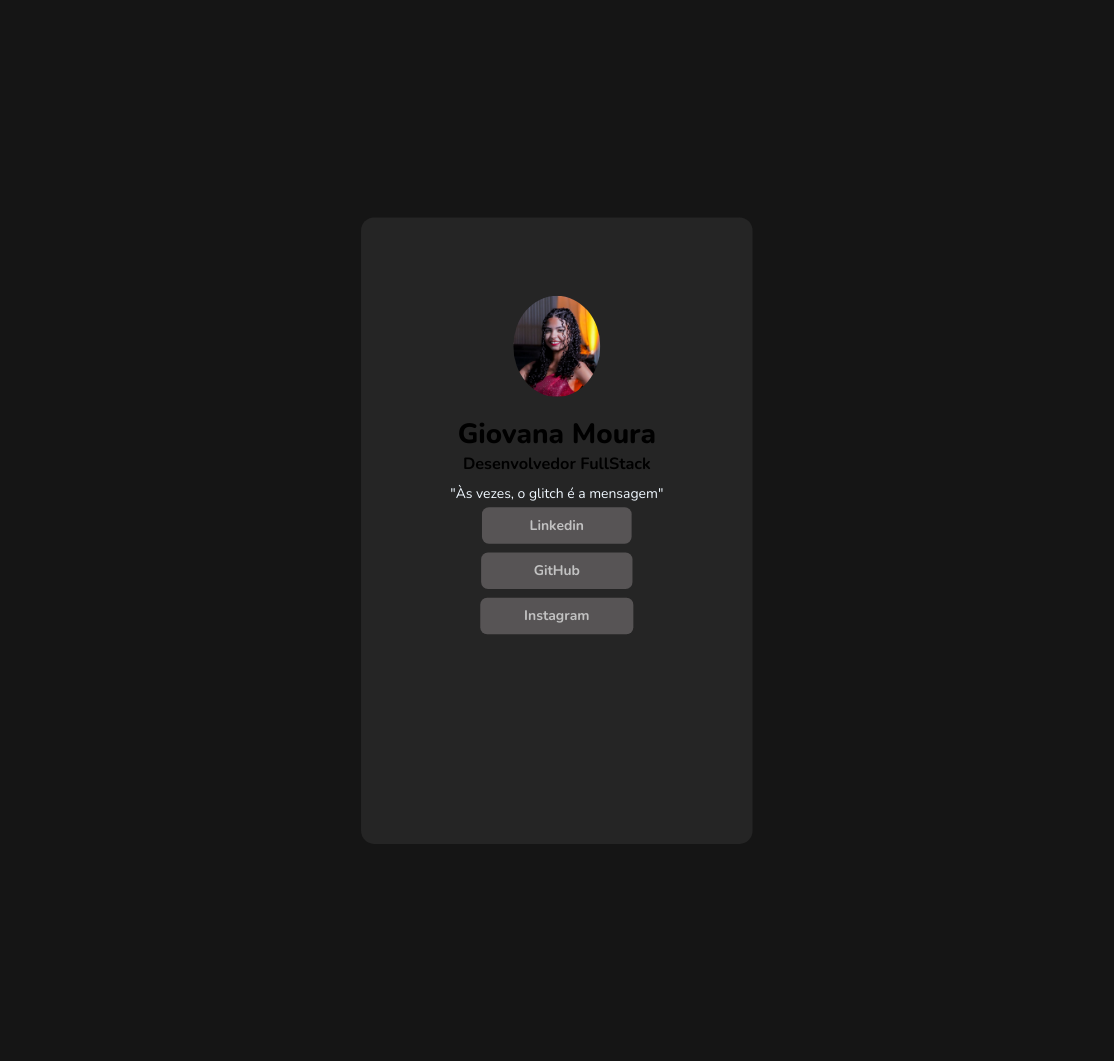
Repository: gimoli/linktree-giovana
Page: index.html
These files come from the project's save history. The page is drawn as it stood at one moment and after a run of saves; the edit follows.
The browser window is 1280 px wide. The pictures show the whole page, at 87% of full size.

Above is the page before, as saved 2025-04-11 08:59:18.

### index.html
<!DOCTYPE html>
<html lang="en">
<head>
    <meta charset="UTF-8">
    <meta name="viewport" content="width=device-width, initial-scale=1.0">
    <title>linktree Giovana</title>
    <link rel="stylesheet" href="style.css">
    <link rel="preconnect" href="https://fonts.googleapis.com">
<link rel="preconnect" href="https://fonts.gstatic.com" crossorigin>
<link href="https://fonts.googleapis.com/css2?family=Nunito:ital,wght@0,200..1000;1,200..1000&display=swap" rel="stylesheet">
</head>
<body>
    <div class="container-main">
        <div class="container-imagem">
            <img src="./image-profile.jfif" alt="foto perfil"/>
        </div>
        <div class="container-infos">
            <h1>Giovana Moura</h1>
            <h3>Desenvolvedor FullStack</h3>
        </div>
        <div class="container-easter-egg">
            <p>"Às vezes, o glitch é a mensagem"</p>
        </div>
        <div class="container-social-links">
            <ul>
                <li>
                    <a href="https://www.linkedin.com/in/giovana-moura-3543032bb/" target="_blank" class="botao-linktree-1">
                        Linkedin
                    </a>
                </li>
                <li>
                    <a href="https://github.com/gimoli" target="_blank" class="botao-linktree-2">
                        GitHub
                    </a>
                </li>
                <li>
                    <a href="https://www.instagram.com/gimoli_n?igsh=cTNvNDJ0M3owb3Vs&utm_source=qr" target="_blank" class="botao-linktree-3">
                        Instagram
                    </a>
                </li>
            </ul>
        </div>
    </div>
</body>
</html>

### style.css
*{
    font-family: "Nunito", sans-serif;
    margin: 0;
    padding: 0;
    box-sizing: border-box;
}

body {
    background-color: rgb(21, 21, 21);
}

.container-main {
    background-color: rgb(37, 37, 37);
    width: 450px;
    height: 720px;
    box-sizing: border-box;
    margin: 250px auto;
    padding: 90px;
    border-radius: 15px;
    text-align: center;
}

.container-imagem img{
    margin: 0 60px;
    width: 100px;
    border-radius: 100%;
}

.container-infos {
    margin-top: 15px;
    margin-bottom: 10px;
}

.container-infos h1 {
    font-weight: 800;
}

.container-infos h2{
    margin-top: 10px;
    margin-bottom: px;
    font-weight: 600;
    font-size: 18px;
}

.container-easter-egg {
    margin-bottom: ;
    color: aliceblue;
}

.container-social-links ul{
    list-style-type: none;
}

.container-social-links a{
    text-decoration: none;
    color: rgb(194, 194, 194);
}

.botao-linktree-1 {
    display: inline-block;
    padding: 10px 55px;
    margin: 5px 0;
    background-color: #575455; /* cor do Instagram */
    color: white;
    text-decoration: none;
    border-radius: 8px;
    font-weight: bold;
    text-align: center;
    transition: background-color 0.3s ease;
  }

  .botao-linktree-1:hover {
    background-color: #c1275b;
  }

  .botao-linktree-2 {
    display: inline-block;
    padding: 10px 60px;
    margin: 5px 0;
    background-color: #575455; /* cor do Instagram */
    color: white;
    text-decoration: none;
    border-radius: 8px;
    font-weight: bold;
    text-align: center;
    transition: background-color 0.3s ease;
  }

  .botao-linktree-2:hover {
    background-color: #c1275b;
  }

  .botao-linktree-3 {
    display: inline-block;
    padding: 10px 50px;
    margin: 5px 0;
    background-color: #575455; /* cor do Instagram */
    color: white;
    text-decoration: none;
    border-radius: 8px;
    font-weight: bold;
    text-align: center;
    transition: background-color 0.3s ease;
  }

  .botao-linktree-3:hover {
    background-color: #c1275b;
  }

After the next 2 saves:
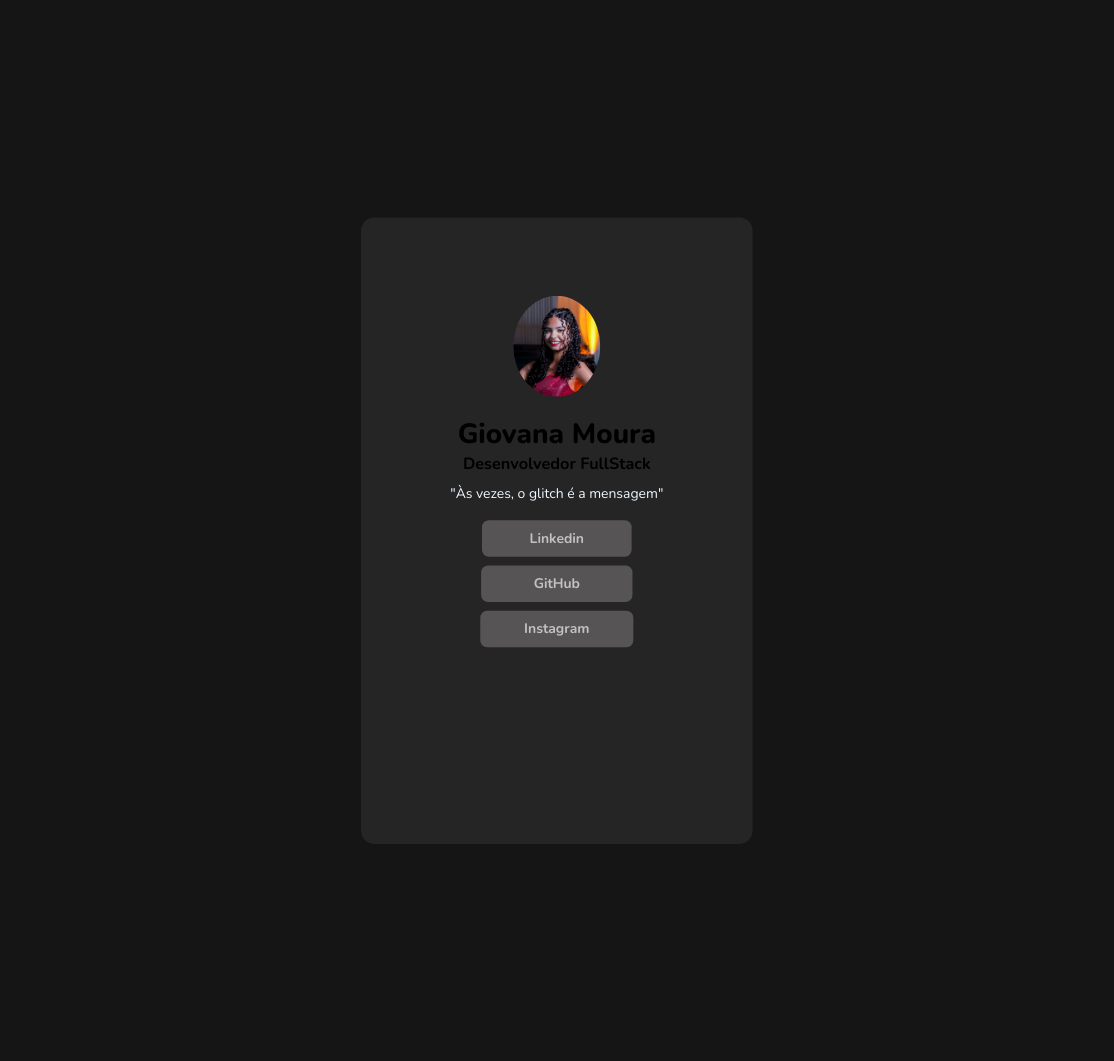
The 2 saves are shown as one change because they came seconds apart.
The last was saved 12 s later.
--- a/style.css
+++ b/style.css
@@ -43,7 +43,7 @@ body {
 }
 
 .container-easter-egg {
-    margin-bottom: ;
+    margin-bottom: 15px;
     color: aliceblue;
 }
 
